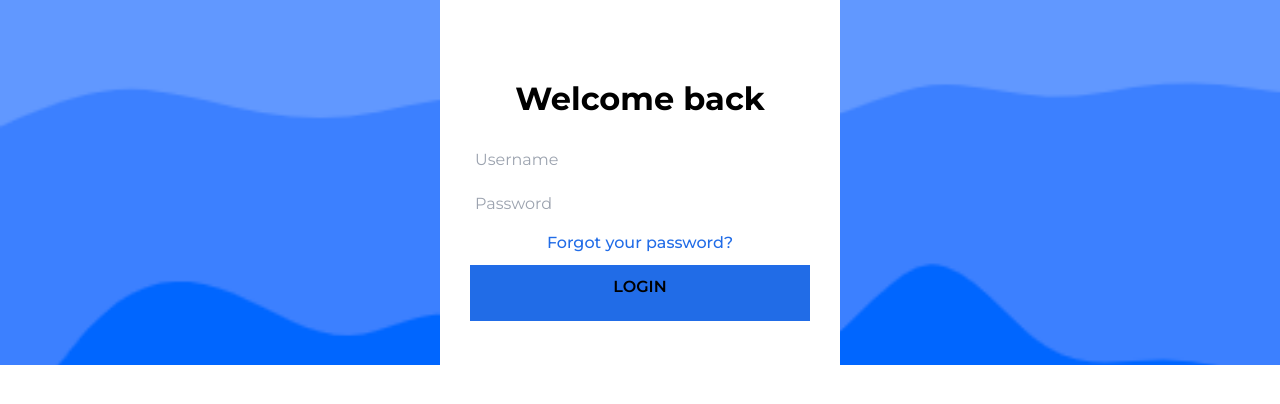
Repository: SatohJiro/CourseSale
Page: /
The author's editor kept a copy of each file at every save. The page is drawn from the files as they stood at one save, then again after the next save.
The browser window is 1280 px wide. The pictures show the whole page.
The project was rebuilt for these pictures with package versions that can differ from the ones it lists, and the page was loaded fresh each time. Also part of the build but not shown: src/pages/Home/index.js, src/pages/Courses/index.js, src/layout/DefaultLayout/DefaultLayout.module.scss, src/layout/components/Header/Header.module.scss, src/layout/components/Header/index.js, src/layout/components/Sidebar/Sidebar.module.scss, src/layout/components/Sidebar/index.js, src/layout/DefaultLayout/index.js.

Above is the page before, as saved 2022-12-05 11:05:21.

After the next save:
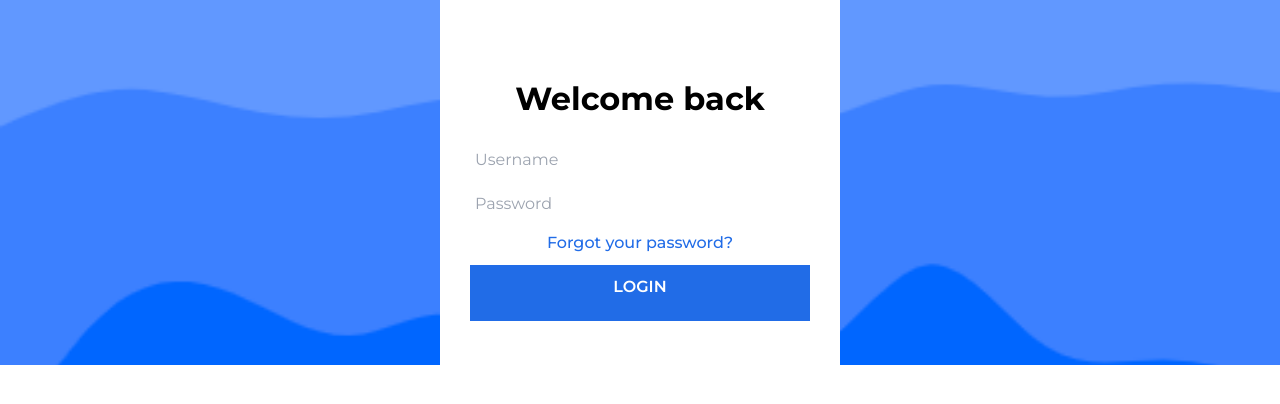
Saved 25 s later.
--- a/src/pages/Login/Login.jsx
+++ b/src/pages/Login/Login.jsx
@@ -12,7 +12,7 @@ const Login = () => {
             <a href="#" className="text-link font-medium">
               Forgot your password?
             </a>
-            <butotn className="uppercase font-semibold w-full h-[56px] py-4 bg-link">
+            <butotn className="uppercase font-semibold w-full h-[56px] py-4 bg-link text-white">
               Login
             </butotn>
           </form>
